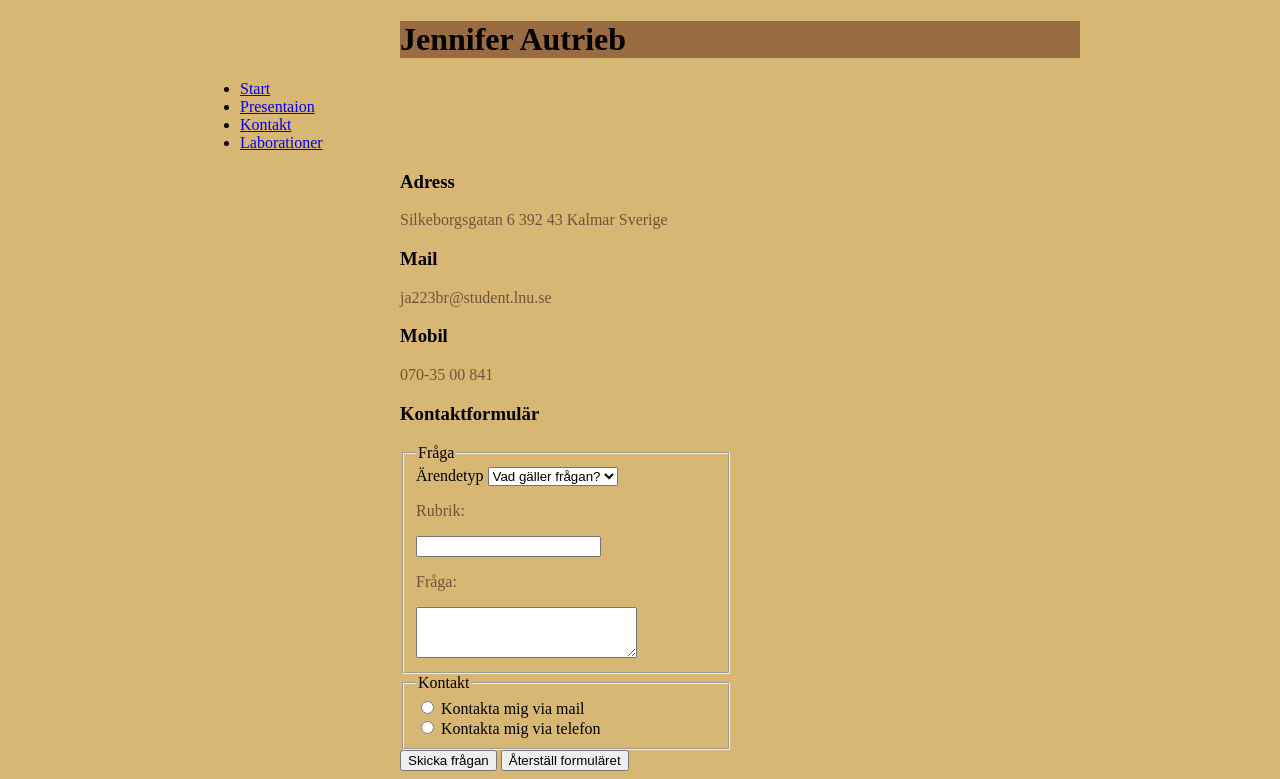
Repository: JeAut/1ik415-JeAut-laborationer
Page: WWW/pages/kontakt.html
The author's editor kept a record of every edit. The page is drawn from the files as they stood at one moment, then again after the next edit.
The browser window is 1280 px wide. The pictures show the whole page.

Above is the page before.

### WWW/pages/kontakt.html
<!DOCTYPE html>
<html>
    <head>
        <meta http-equiv="content-type" content="text/html; charset=utf-8" />
        <title>Kontakt</title>

        <link rel="stylesheet" href="../../css/style.css"/>
    </head>
    <body>
        <div id="body">
        <div id="header"><h1>Jennifer Autrieb</h1></div>

        <ul>
            <li><a href="../index.html"> Start</a></li>
            <li><a href="Presentation.html"> Presentaion</a></li>
            <li><a href="kontakt.html"> Kontakt</a></li>
            <li><a href="laborationer.html"> Laborationer</a></li></nav>
        </ul>

        <container><h3>Adress</h3>
        <p>Silkeborgsgatan 6
        392 43 Kalmar
        Sverige</p>

        <h3>Mail</h3>
        <p>ja223br@student.lnu.se</p>

        <h3>Mobil</h3>
        <p>070-35 00 841</p>




        <h3>Kontaktformulär</h3>

        <form id="formulär" name="formulär" method="post" action="http://voyager.lnu.se/tekinet/kurser/dtt/wp_webbintro/form.php">
        <fieldset style="width: 300px;">
            <legend>Fråga</legend>
            <label for="select">Ärendetyp</label>
            <select name="Ärende" id="Ärende">
            <option>Vad gäller frågan?</option>
            <option>Allmänna frågor</option>
            <option>Publikationer</option>
            <option>Kontakt</option>
            </select>
            <p><label for="rubrik">Rubrik:</label></p>
            <input type="text" name="rubrik" id="rubrik" />
            <p><label for="fraga">Fråga:</label></p>
            <textarea name="fraga" id="fraga" cols="25" rows="3"
            wrap="physical"></textarea>
        </fieldset>
        <fieldset style="width: 300px;">
            <legend>Kontakt</legend>


            <input type="radio" name="kontakt" id="mail" value="mail" />
            <label for="var">Kontakta mig via mail</label> <br />

            <input type="radio" name="kontakt" id="telefon" value="telefon" />
            <label for="sommar">Kontakta mig via telefon</label> <br />
        </fieldset>

        <input type="submit" name="submit" id="submit" value="Skicka frågan" />
        <input type="reset" name="reset" id="reset" value="Återställ formuläret" />
         </form>
        </container>
        </div>
    </body>
</html>

### css/style.css
/*Layout*/

#navigation {
    display:block;
    float:left;
    background-color:#EED6BE;
}

#container {
    display:block;
    background-color:#D8B774;
    margin-left:200px;
}

#header {
    display:block;
    margin-left:200px;
    background-color:#986C40;
}







nav {display:block; float:left; background-color:#EED6BE;}
container {display:block; background-color:#D8B774; margin-left:200px;}
header {display:block; margin-left:200px; background-color:#986C40;}
body {margin-right:200px; margin-left:200px; background-color:#D8B774;}
p {color:#6E543B;}

After the next edit:
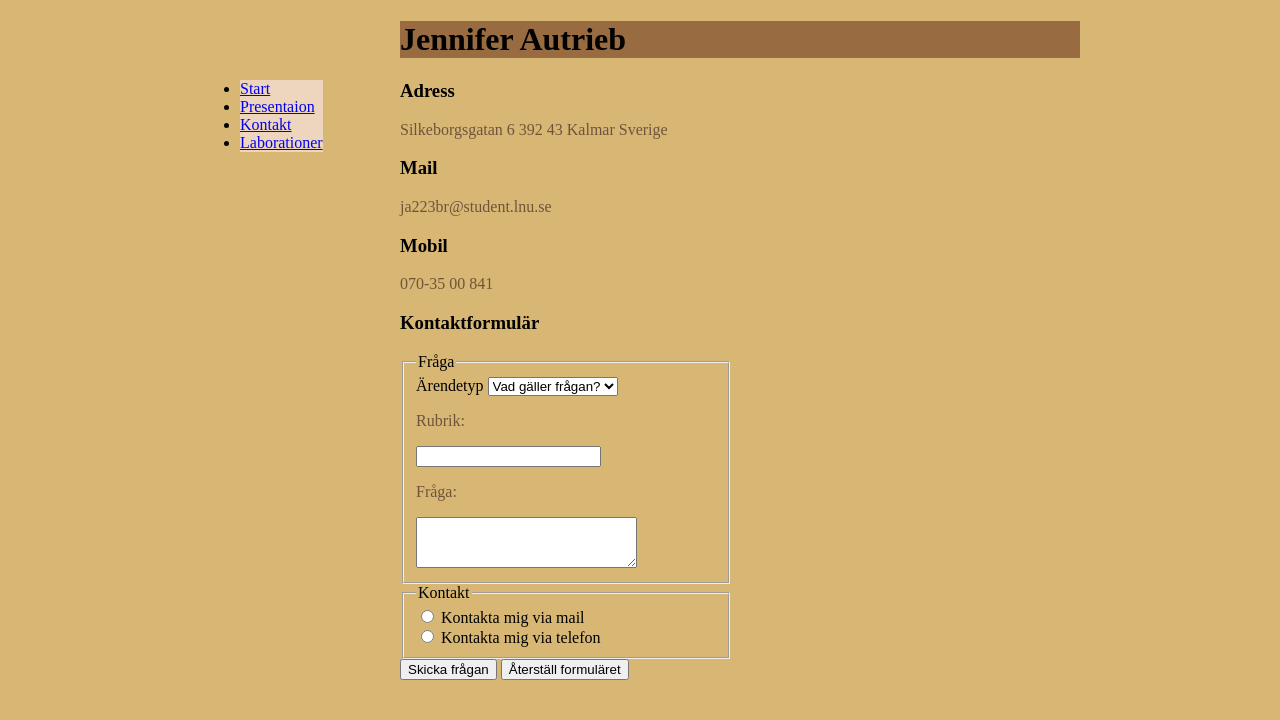
The edit:
--- a/WWW/pages/kontakt.html
+++ b/WWW/pages/kontakt.html
@@ -11,7 +11,7 @@
         <div id="header"><h1>Jennifer Autrieb</h1></div>
 
         <ul>
-            <li><a href="../index.html"> Start</a></li>
+            <div id="navigation"><li><a href="../index.html"> Start</a></li>
             <li><a href="Presentation.html"> Presentaion</a></li>
             <li><a href="kontakt.html"> Kontakt</a></li>
             <li><a href="laborationer.html"> Laborationer</a></li></nav>
